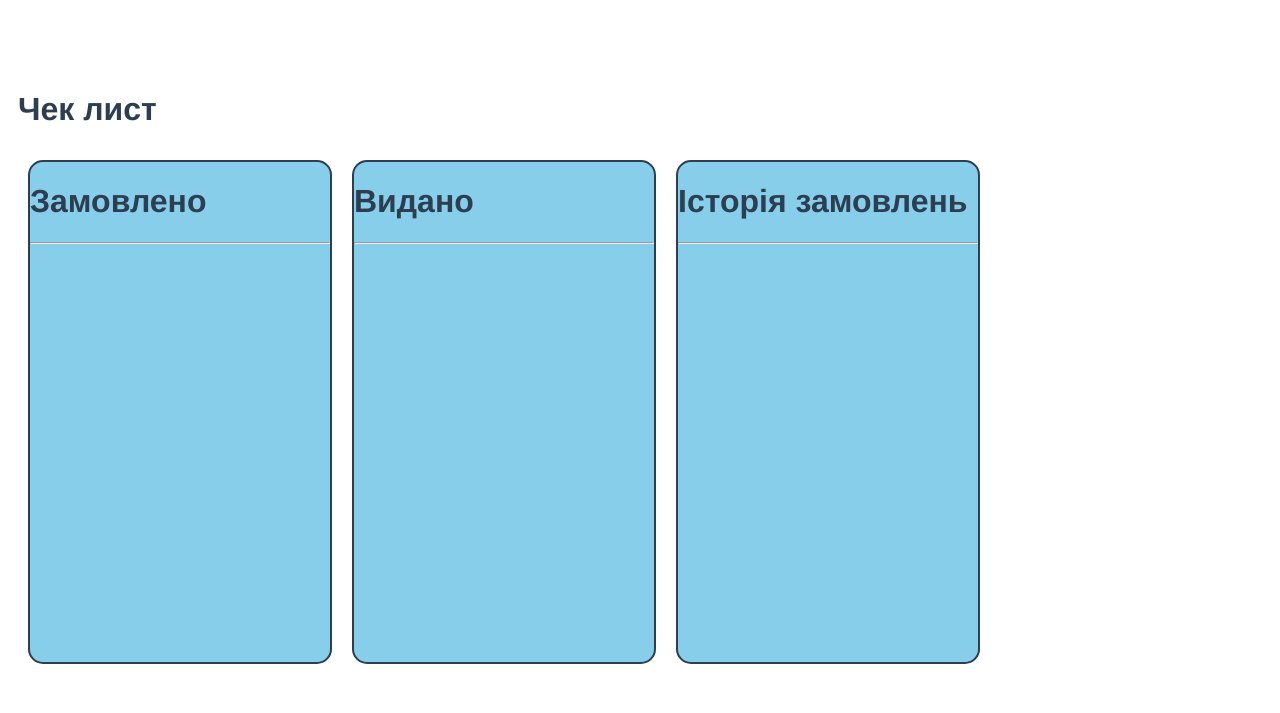
Repository: Salexandraa/HOME_Subotina
Page: / (app in order-list/)
The author's editor kept a copy of each file at every save. The page is drawn from the files as they stood at one save, then again after the next save.
The browser window is 1280 px wide. The pictures show the whole page.
The project was rebuilt for these pictures with package versions that can differ from the ones it lists, and the page was loaded fresh each time.

Above is the page before, as saved 2020-10-09 17:05:27.

### order-list/src/App.vue
<template>
  <div id="app">
  <!-- <reserved :listDishes= "dishesList"
  title='Замовлено'
  />
  <order-issued title="Видано"/>
  <history title="Історія замовлень"/> -->
  <check-list title="Чек лист"/>
  </div>
</template>

<script>
//import Reserved from "./components/CheckList/Reserved";
import dishesList from "../settings"
//import OrderIssued from "./components/CheckList/OrderIssued"
//import History from "./components/CheckList/History"
import CheckList from "./components/CheckList"
export default {
  name: "App",
  components: {
    //Reserved,
   //OrderIssued,
    //History,
    CheckList
  },
  data() {
    return {
      dishesList
      // dishesList: [
      //   {
      //     id: 1,
      //     name: "Pizza",
      //   },
      //    {
      //     id: 2,
      //     name: "Pasta",
      //   },
      //    {
      //     id:3,
      //     name: "Rizzoto",
      //   },
      //    {
      //     id: 4,
      //     name: "Minestrone soup",
      //   },
      //    {
      //     id:5,
      //     name: "Onion soup",
      //   },
      // ],
    };
  },
};
</script>

<style>
#app {
  font-family: Avenir, Helvetica, Arial, sans-serif;
  -webkit-font-smoothing: antialiased;
  -moz-osx-font-smoothing: grayscale;
  /* text-align: center; */
  color: #2c3e50;
  margin-top: 60px;
}
</style>

### order-list/settings.js
export default [
    {
      id: 1,
      name: "Pizza",
    },
     {
      id: 2,
      name: "Pasta",
    },
     {
      id:3,
      name: "Rizotto",
    },
     {
      id: 4,
      name: "Minestrone soup",
    },
     {
      id:5,
      name: "Onion soup",
    },
  ]

### order-list/src/components/CheckList/index.vue
<template>
    <div class="container">
<div>
    <h1>{{title}}</h1>
</div>
<div>
  <reserved :listDishes= "dishesList"
  title='Замовлено'/>
  <order-issued title="Видано"/>
  <history title="Історія замовлень"/>
</div>
    </div>
</template>

<script>
import Reserved from "./Reserved"
import OrderIssued from "./OrderIssued"
import History from "./History"
    export default {
        name:"CheckList",
        components:{
            Reserved,
            OrderIssued,
            History
        },
        props: {
            // dishesList: {
            //     type: Array,
            //     default: ()=>[]
            // },
            title:{
                type:String,
                default: ''
            }
        },

    }
</script>

<style lang="css" scoped>
.container{
    display: inline-block;
   justify-content: center;
   margin: 10px;



}
</style>

### order-list/src/components/CheckList/Reserved/index.vue
<template>
    <div class="container">
<div>
    <h1>{{title}}</h1>
</div>
 <div><ol >
        <li v-for="item in listDishes" :key="item.name" value="item.name"  >
          {{item.name}}  <input type="checkbox"  v-model="item.names"  >
        </li>
    </ol>
</div>
<hr>
<div>
      <ol>
        <li v-for="item in listDishes" :key="item.id" >
           {{item.names}} <input type="checkbox" >
        </li>

    </ol>

</div>
    </div>
</template>

<script>
    export default {
        name: "Reserved",
        props: {
             listDishes: {
                type: Array,
                default: ()=>[]
            },
            title: {
                type: String,
                default: '',

            },
        }
    }
</script>

<style lang="css" scoped>
.container{
    width: 300px;
    height: 500px;
    border: 2px solid;
    border-radius: 15px;
    background-color: skyblue;
}
</style>

### order-list/src/components/CheckList/OrderIssued/index.vue
<template>
  <div class="container">
    <div>
      <h1>{{ title }}</h1>
    </div>
    <div>
      <ol>
        <li v-for="item in dishesList" :key="item.name">
          {{ item.name }} <input type="checkbox" v-model="item.names" />
        </li>
      </ol>
    </div>
    <hr>
  </div>
</template>

<script>
export default {
  name: "OrderIssued",
  props: {
    title: {
      type: String,
      default: "",
    },
  },
};
</script>

<style lang="css" scoped>
.container {
  width: 300px;
  height: 500px;
  border: 2px solid;
  border-radius: 15px;
  background-color: skyblue;
}
</style>

### order-list/src/components/CheckList/History/index.vue
<template>
    <div class="container">
   <div>
      <h1>{{ title }}</h1>
    </div>
    <div>
      <ol>
        <li v-for="item in dishesList" :key="item.name">
          {{ item.name }} <input type="checkbox" v-model="item.names" />
        </li>
      </ol>
    </div>
    <hr>
    </div>
</template>

<script>
    export default {
        name: "History",
        props: {
            title: {
                type: String,
                default: ""
            },
        },
    }
</script>

<style lang="css" scoped>
.container {
  width: 300px;
  height: 500px;
  border: 2px solid;
  border-radius: 15px;
  background-color: skyblue;
}

</style>

Loaded but not shown: order-list/public/index.html (common file); order-list/src/main.js (common file)

After the next save:
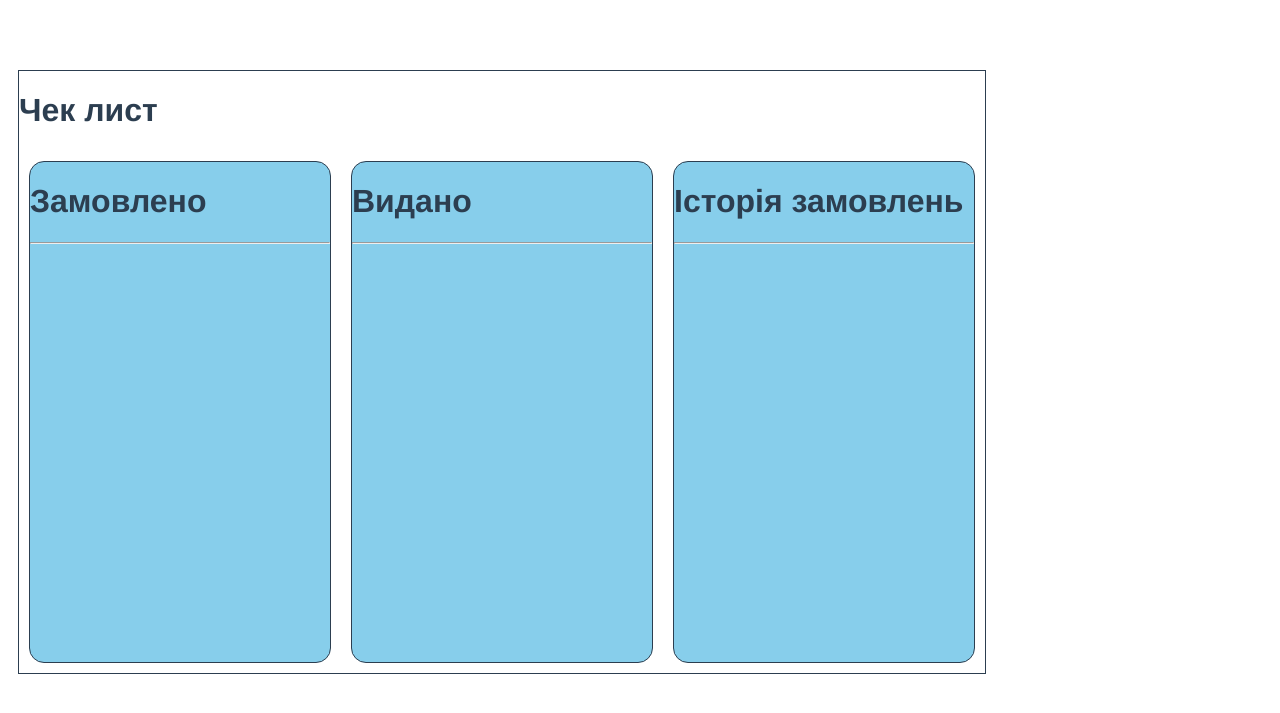
Saved 22 s later.
--- a/order-list/src/components/CheckList/index.vue
+++ b/order-list/src/components/CheckList/index.vue
@@ -39,7 +39,8 @@ import History from "./History"
 
 <style lang="css" scoped>
 .container{
-    display: inline-block;
+    border: 1px solid;
+   display: inline-block;
    justify-content: center;
    margin: 10px;
 
